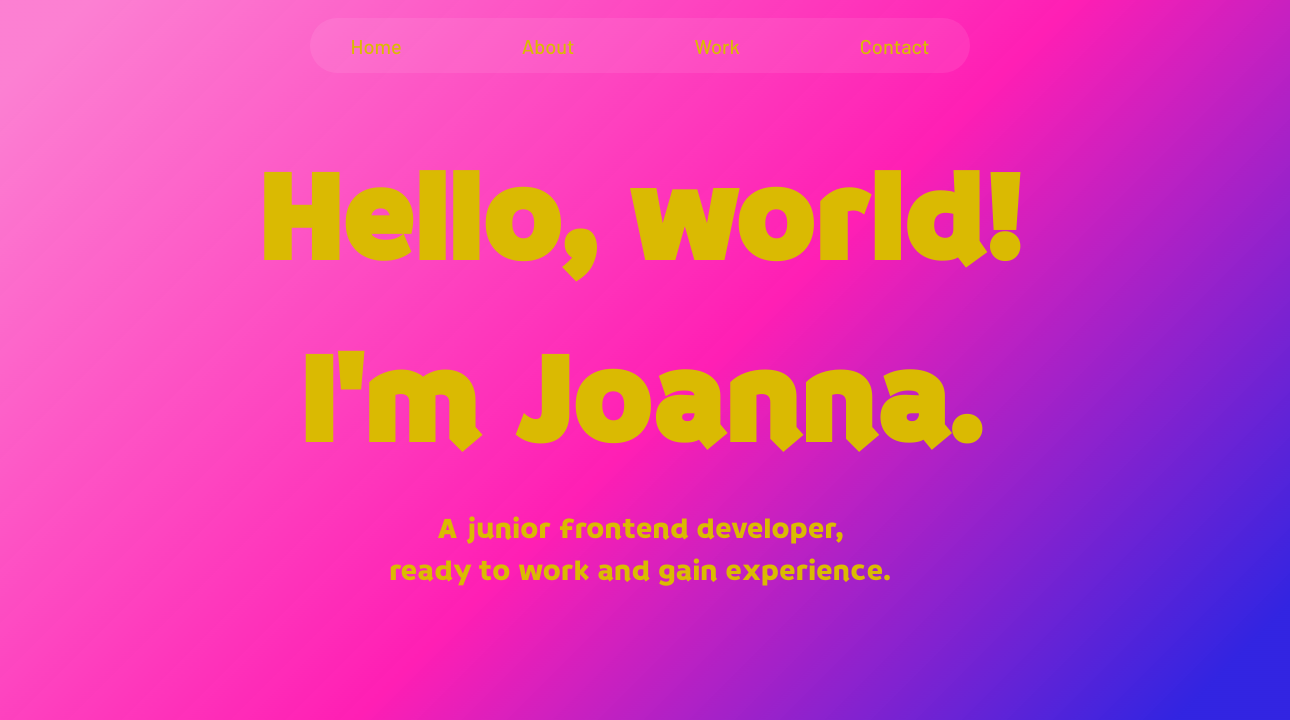
Repository: JJonka/portfolio_site
Page: /
An editor plug-in stored every save of this project. The page is shown before and after the next save, followed by the edit.
The browser window is 1280 px wide. The page is 1290 px wide, so the pictures cover 1290 px, including what lies to the right of the window. The pictures show the whole page.
The project was rebuilt for these pictures with package versions that can differ from the ones it lists, and the page was loaded fresh each time. Also part of the build but not shown: vite.config.ts, src/components/EndOfSection.module.scss, src/components/EndOfSection.tsx, src/pages/About.tsx, src/components/LogoIcon.module.scss, src/components/LogoIcon.tsx, src/pages/Contact.tsx, src/pages/Work.module.scss and 1 more.

Above is the page before, as saved 2023-10-08 11:49:48.

After the next save:
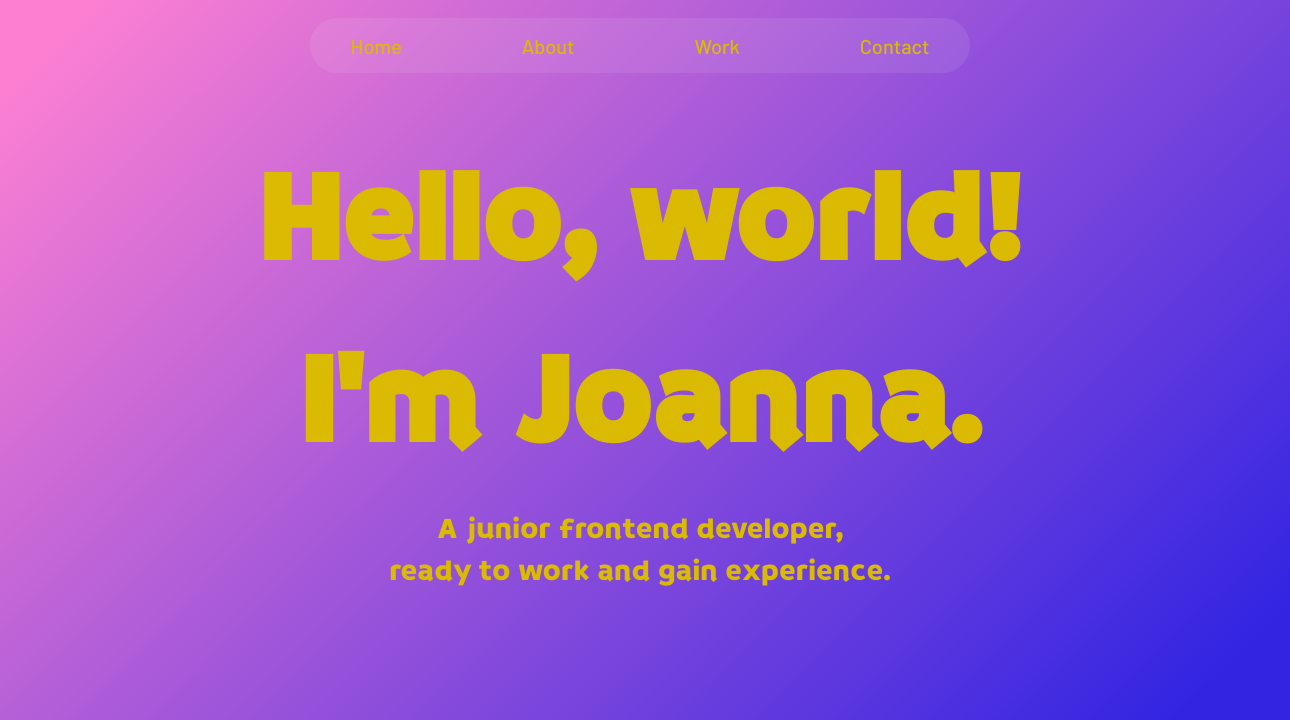
Saved 36 s later.
--- a/src/App.css
+++ b/src/App.css
@@ -19,7 +19,7 @@
 }
 
 .mainBackground {
-    background-image: linear-gradient(135deg, #fc79d0 20%, #ff00aaec 50% , #2719e0 75%);
+    background-image: linear-gradient(135deg, #fc79d0 20%,  #2719e0 75%);
     animation: slide 6s linear infinite alternate;
     animation-fill-mode: forwards;
     animation-delay: -1s;

After the save that followed:
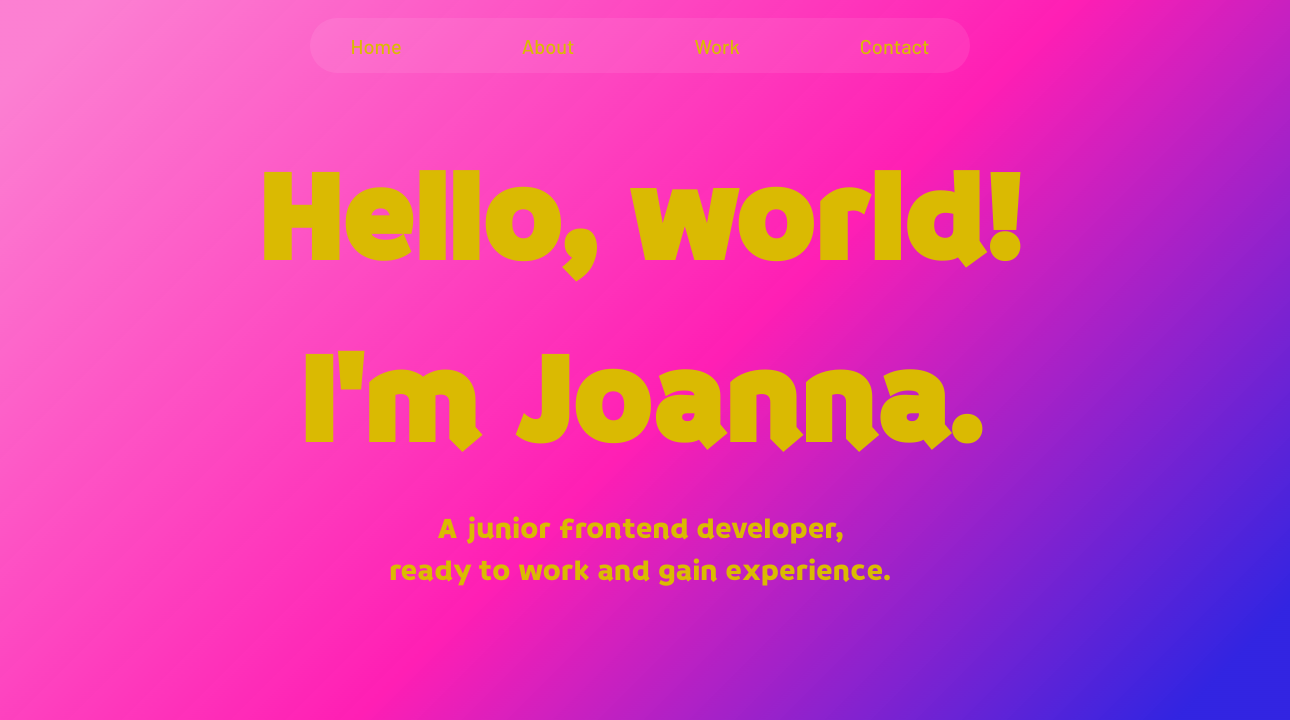
Saved 16 s later.
--- a/src/App.css
+++ b/src/App.css
@@ -19,7 +19,7 @@
 }
 
 .mainBackground {
-    background-image: linear-gradient(135deg, #fc79d0 20%,  #2719e0 75%);
+    background-image: linear-gradient(135deg, #fc79d0 20%, #ff00aaec 50% , #2719e0 75%);
     animation: slide 6s linear infinite alternate;
     animation-fill-mode: forwards;
     animation-delay: -1s;
